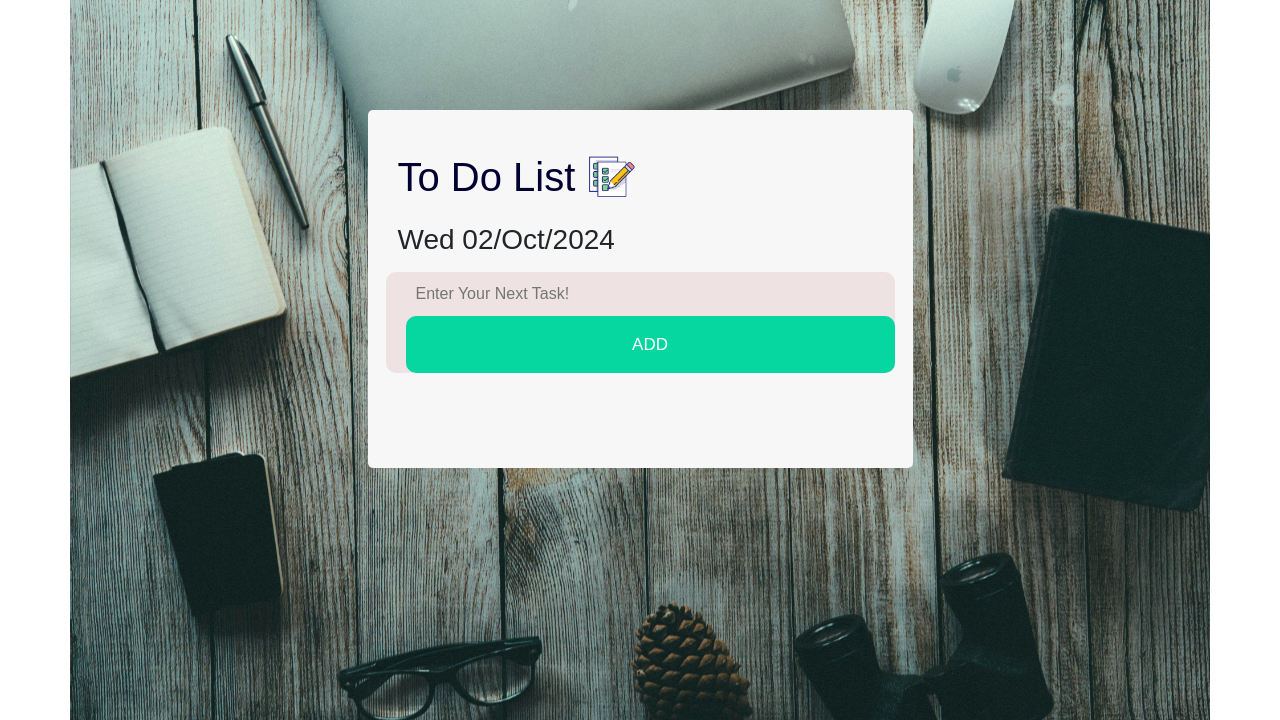
Repository: zeinawady/To_Do_List
Page: index.html
An editor plug-in stored every save of this project. The page is shown before and after a run of saves, followed by the edit.
The browser window is 1280 px wide. The pictures show the whole page.

Above is the page before, as saved 2024-10-02 02:20:02.

After the next 3 saves:
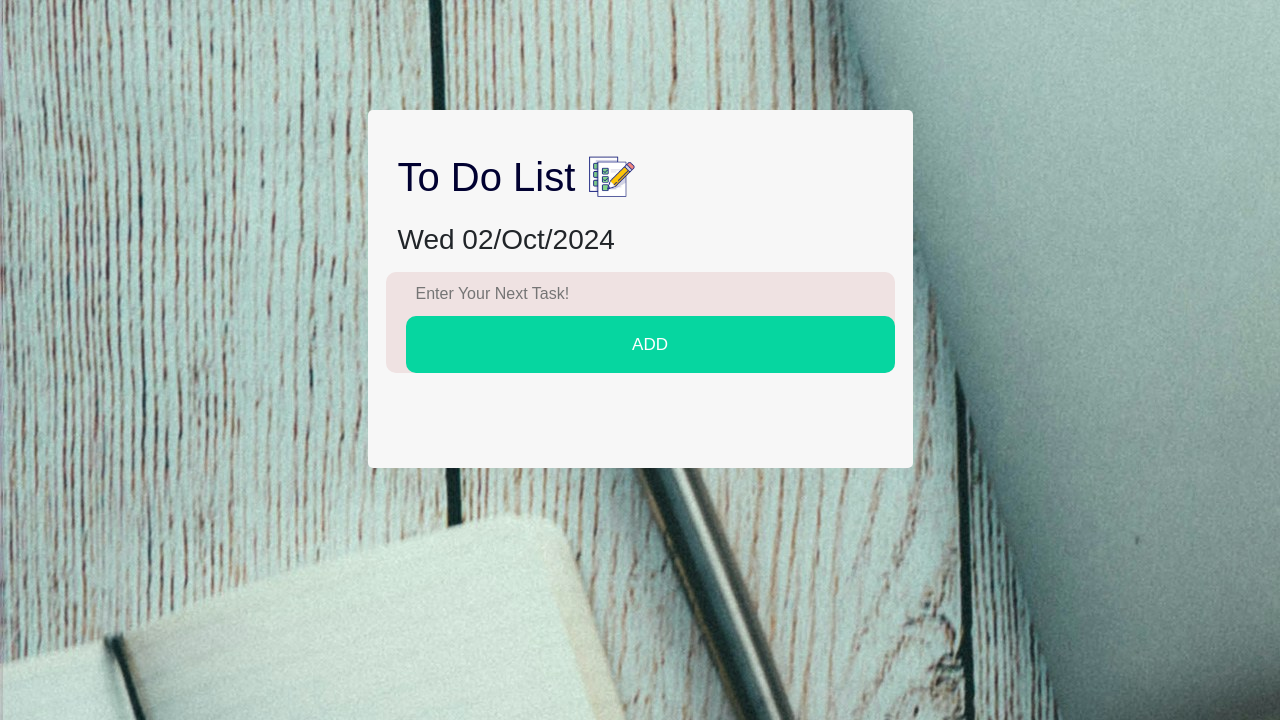
The 3 saves are shown as one change because they came seconds apart.
The last was saved 10 s later.
--- a/css/style.css
+++ b/css/style.css
@@ -12,11 +12,13 @@
 li {
     list-style: none;
 }
+body{
+    background-image: url(../images/background3.jpg);
 
+}
 .container {
     width: 100%;
     min-height: 100vh;
-    background-image: url(../images/background3.jpg);
     background-position: center;
     background-size: cover;
     padding: 10px;
